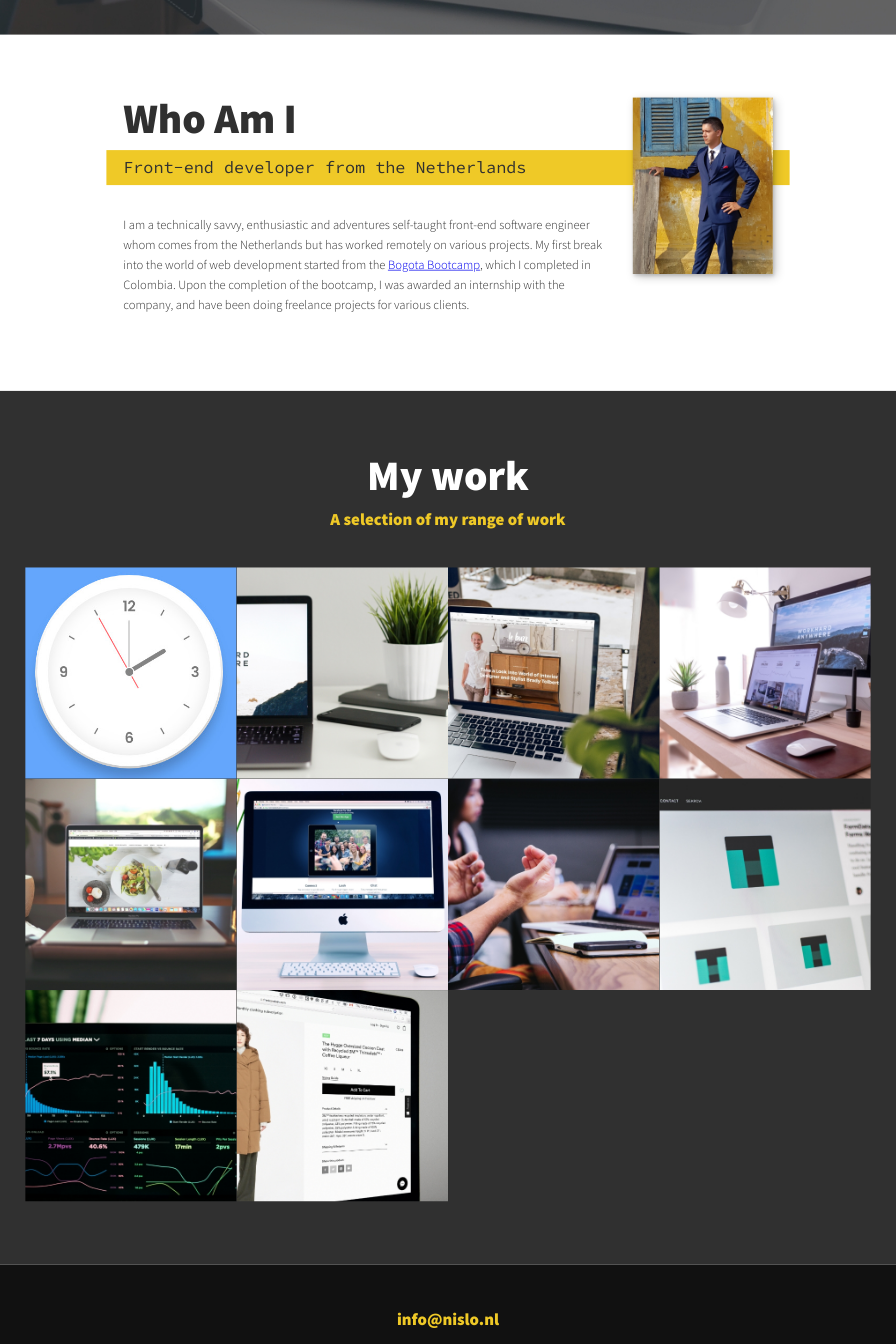
Repository: DaNiels89/portfolio
Page: index.html
An editor plug-in stored every save of this project. The page is shown before and after the next save, followed by the edit.
The browser window is 1280 px wide. The pictures show the part of the page from y = 1139 to 3059 px (the page is 3189 px tall), at 70% of full size.
Some web libraries are served in a nearby version.

Above is the page before, as saved 2020-06-22 11:53:20.

After the next save:
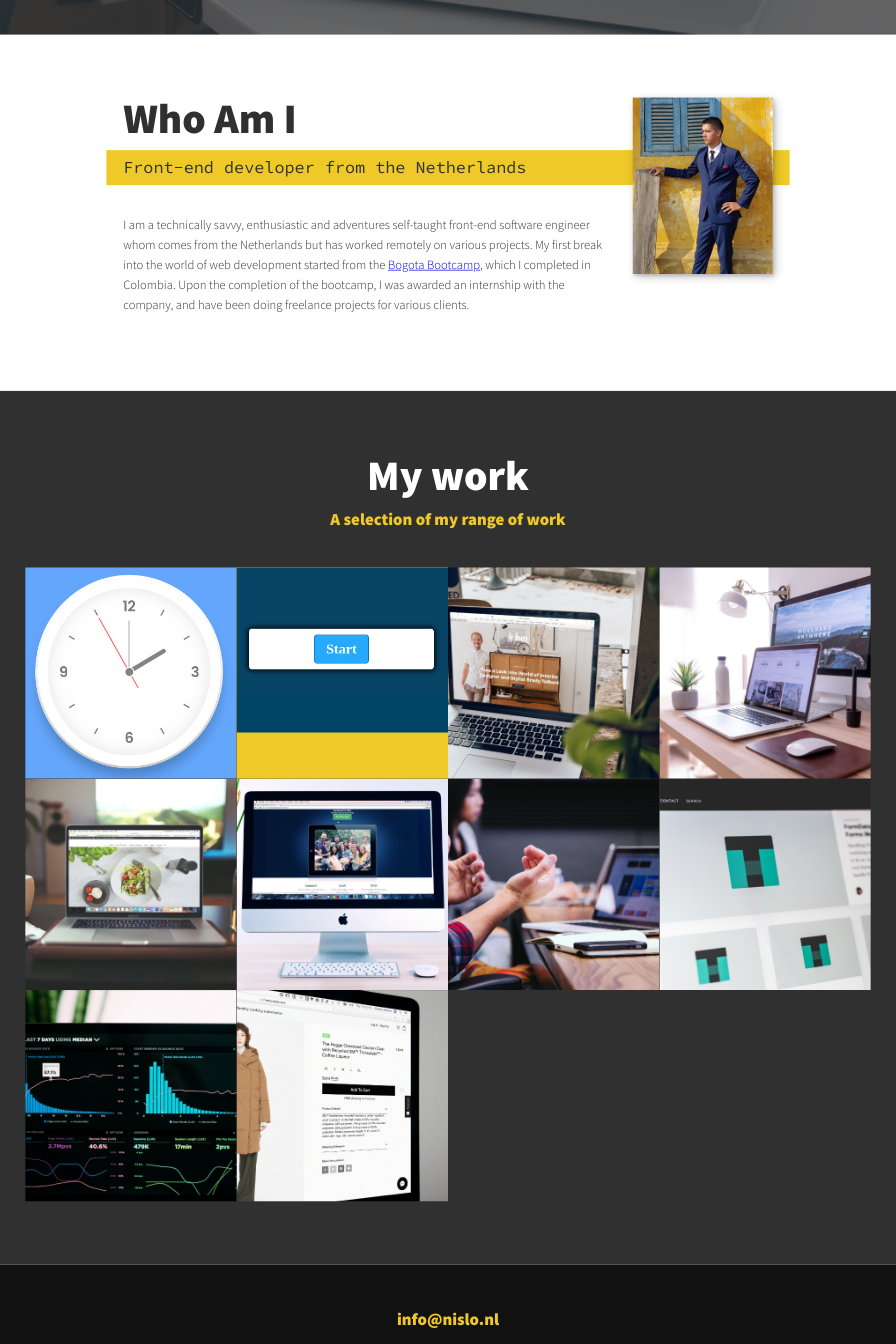
Saved 4 min 10 s later.
--- a/index.html
+++ b/index.html
@@ -156,7 +156,7 @@
 
 			<!-- Portfolio item 02 -->
 			<a href="portfolio-item-02.html" class="portfolio__item">
-				<img src="img/portfolio-02.jpg" alt="" class="portfolio__img" />
+				<img src="quiz-js/img/start.jpg" alt="" class="portfolio__img" />
 			</a>
 
 			<!-- Portfolio item 03 -->
